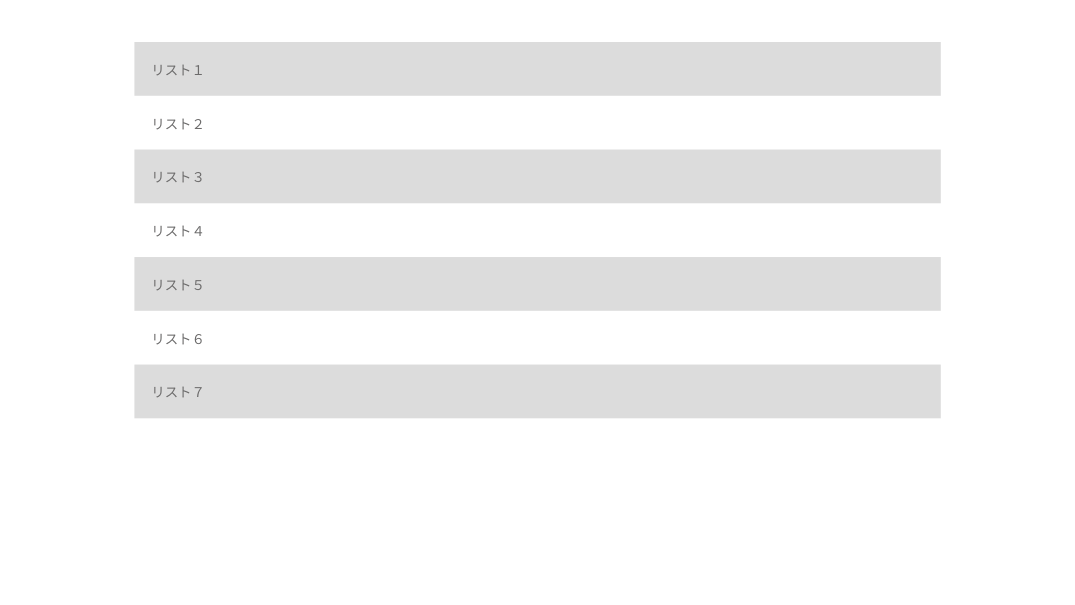
Repository: kiruha313/DWC
Page: exersise8/index.html
The author's editor kept a record of every edit. The page is drawn from the files as they stood at one moment, then again after the next edit.
The browser window is 1280 px wide. The pictures show the whole page, at 84% of full size.

Above is the page before.

After the next edit:
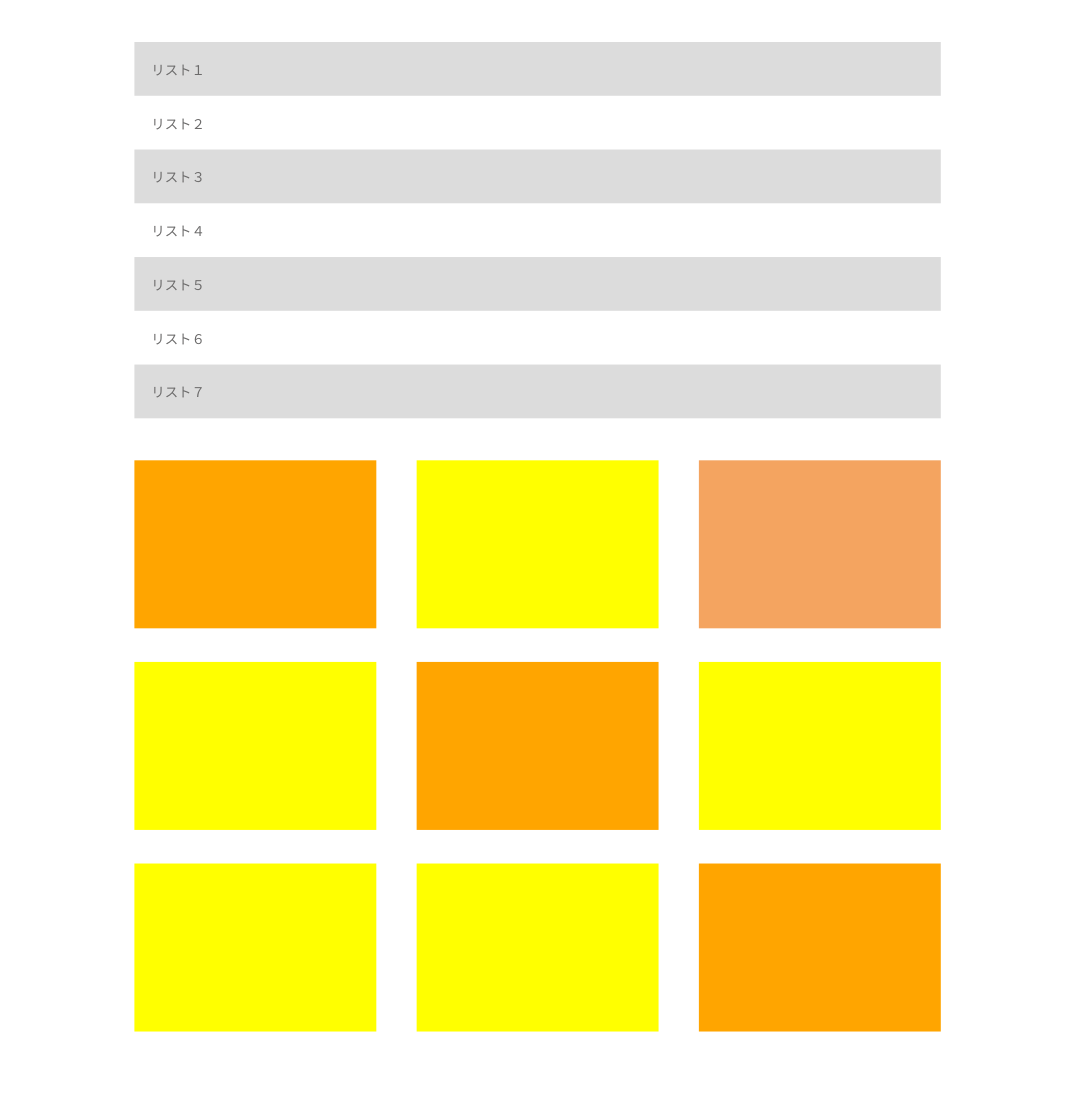
The edit:
--- a/exersise8/index.html
+++ b/exersise8/index.html
@@ -19,6 +19,17 @@
       <div class="list">リスト７</div>
     </div>
 
+    <div class="color-contents">
+      <div class="color-box"></div>
+      <div class="color-box"></div>
+      <div class="color-box"></div>
+      <div class="color-box"></div>
+      <div class="color-box"></div>
+      <div class="color-box"></div>
+      <div class="color-box"></div>
+      <div class="color-box"></div>
+      <div class="color-box"></div>
+    </div>
 
   </body>
 </html>
